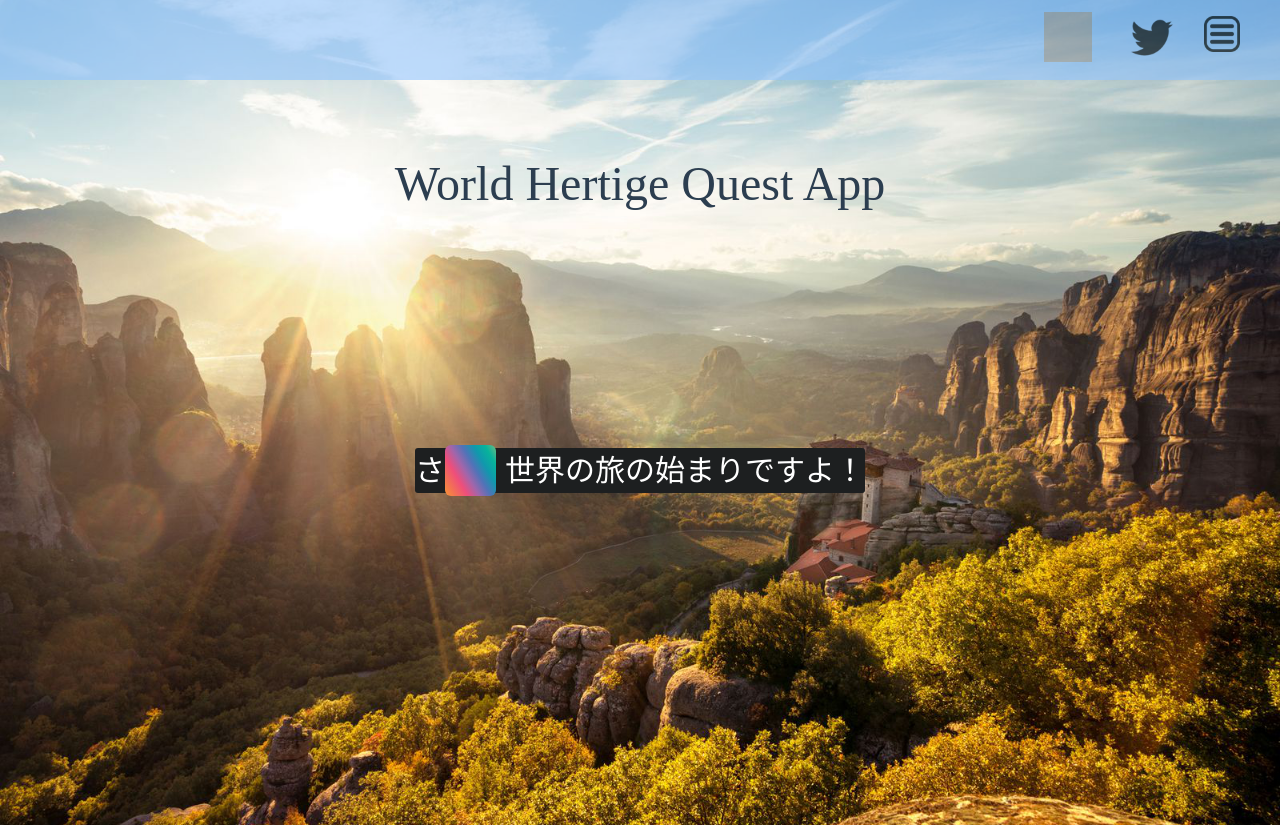
Repository: hashiz008/World-Heritage-Travel-App
Page: /
These files come from the project's save history. The page is drawn as it stood at one moment and after the next save; the edit follows.
The browser window is 1280 px wide. The pictures show the whole page.
Pictures or frames that could not be fetched are drawn as grey boxes. Some web fonts or font styles are not loaded; a fallback is used. The project was rebuilt for these pictures with package versions that can differ from the ones it lists, and the page was loaded fresh each time. Also part of the build but not shown: vue.config.js.

Above is the page before, as saved 2022-01-25 11:31:42.

### src/App.vue
<template>
    <div id="nav"></div>
    <router-view />
</template>

<style>
#app {
    font-family: Avenir, Helvetica, Arial, sans-serif;
    -webkit-font-smoothing: antialiased;
    -moz-osx-font-smoothing: grayscale;
    text-align: center;
    color: #2c3e50;
}

#nav {
    padding: 30px;
}

#nav a {
    font-weight: bold;
    color: #2c3e50;
}

#nav a.router-link-exact-active {
    color: #42b983;
}
</style>

### src/router/index.ts
import { createRouter, createWebHistory, RouteRecordRaw } from 'vue-router'
import TopPage from '../views/TopPage.vue'

const routes: Array<RouteRecordRaw> = [
  {
    path: '/',
    name: 'TopPage',
    component: TopPage
  },
  {
    path: '/mainPage',
    name: 'MainPage',
    // route level code-splitting
    // this generates a separate chunk (about.[hash].js) for this route
    // which is lazy-loaded when the route is visited.
    component: () => import(/* webpackChunkName: "about" */ '../views/MainPage.vue')
  }
]

const router = createRouter({
  history: createWebHistory(process.env.BASE_URL),
  routes
})

export default router

### src/views/TopPage.vue
<template>
    <div class="backImgDiv">
        <div class="backImg">
            <div class="menu bg-blue-300 opacity-60 pr-10 flex justify-end">
                <input id="nav-input" type="checkbox" class="input invisible" />
                <div
                    class="rounded-full hover:bg-blue-100 hover:opacity-80 w-14 h-14 mt-1 mr-7 pt-2 pl-2"
                >
                    <a href="https://github.com/hashiz008"
                        ><img
                            class="cursor-pointer githubIcon"
                            src="../img//githubIcon.png"
                            alt="githubIcon"
                    /></a>
                </div>
                <div
                    class="rounded-full hover:bg-blue-100 hover:opacity-80 w-14 h-14 mr-7 mt-1 pt-2 pl-2"
                >
                    <a href="https://twitter.com/hashiz008"
                        ><img
                            class="cursor-pointer twitterIcon"
                            src="../img//twitterIcon2.png"
                            alt="twitter"
                    /></a>
                </div>
                <label for="nav-input"
                    ><img
                        class="cursor-pointer mt-4 w-9 h-9"
                        src="../img/menuIcon.png"
                        alt="menuIcon"
                /></label>
                <div class="detail pt-10 text-white">
                    <h2 class="text-4xl">世界遺産探検アプリの紹介</h2>
                    <p class="pt-5 text-2xl">
                        このアプリは好きな数字を入力してshowボタンを押すと世界遺産の画像と名前、国名が表示されます。
                    </p>
                    <p class="pt-5 text-2xl">
                        また,それと連動してGoogleMapにピンポイントでその遺産がある場所にMarkerされます。そしてダウンロードボタンを押すと画像がダウンロードされます。
                    </p>
                    <ul class="pt-5">
                        <li class="text-2xl">ヨーロッパ編: 0~10</li>
                        <li class="text-2xl">アメリカ編: 11~20</li>
                        <li class="text-2xl">アジア編: 21~30</li>
                    </ul>
                    <p class="text-2xl pt-3">
                        いずれデータを追加する予定です。
                    </p>
                </div>
            </div>
            <div class="titleDiv flex justify-center pt-40">
                <h1 class="title text-5xl">World Hertige Quest App</h1>
            </div>
            <div class="startBtn startBtns flex justify-center">
                <!-- <router-link
                    class="shadow-2xl text-white hover:opacity-70 hover:border-blue-800 hover:bg-blue-600 rounded-full py-2 px-4 border-2 border-blue-500"
                    to="/mainPage"
                    >さあ、世界の旅の始まりですよ！</router-link
                > -->
                <router-link class="router shadow-2xl text-white" to="/mainPage"
                    >さあ、世界の旅の始まりですよ！</router-link
                >
            </div>
        </div>
    </div>
</template>

<script>
// @ is an alias to /src
export default {
    name: "Home",
};
</script>

<style scoped="lang">
@import url("https://fonts.googleapis.com/css2?family=M+PLUS+2:wght@700&family=Playfair+Display:wght@500&display=swap");
@import url("https://fonts.googleapis.com/css?family=Raleway:200");
.backImgDiv {
    margin-top: -60px;
}
.backImg {
    background-image: url("../assets/startPage.png");
    background-repeat: no-repeat;
    background-size: cover;
    background-position: center center;
    width: 100%;
    height: 825px;
}
.menu {
    position: fixed;
    width: 100%;
    height: 80px;
}
.detail {
    width: 100%;
    height: 100%;
    position: fixed;
    left: 0;
    margin-top: 80px;
    display: none;
    background-color: #112129;
    animation: detail 2s;
}
@keyframes detail {
    0% {
        transform-origin: bottom;
        transform: scaleY(0);
    }
}
#nav-input:hover ~ .detail {
    display: block;
}
#input:hover ~ .titleDiv {
    display: none;
}
.titleDiv {
    animation: title 2s;
}
@keyframes title {
    0% {
        transform: rotate(0deg);
    }
    100% {
        transform: rotate(360deg);
    }
}
.title {
    font-family: "Libre Baskerville", serif;
}
.githubIcon {
    width: 50px;
    height: 50px;
}
.twitterIcon {
    width: 50px;
    height: 50px;
}
.startBtn {
    font-size: 30px;
    margin-top: 15rem;
}
.router {
    --borderWidth: 3px;
    background: #1d1f20;
    position: absolute;
     border-radius: var(--borderWidth);
}
.router:after {
    content: "";
    position: absolute;
    top: calc(-1 * var(--borderWidth));
    left: calc(10 * var(--borderWidth));
    height: calc(100% + var(--borderWidth) * 2);
    width: calc(10% + var(--borderWidth) * 2);
    background: linear-gradient(
        60deg,
        #f79533,
        #f37055,
        #ef4e7b,
        #a166ab,
        #5073b8,
        #1098ad,
        #07b39b,
        #6fba82
    );
    border-radius: calc(2 * var(--borderWidth));
    z-index: 1;
    animation: animatedgradient 3s ease alternate infinite;
    /* background-size: 300% 300%; */
}

@keyframes animatedgradient {
    0% {
        background-position: 0% 50%;
    }
    50% {
        background-position: 100% 50%;
    }
    100% {
        background-position: 0% 50%;
    }
}
</style>

Loaded but not shown: src/main.ts (common file); src/index.css (common file); tailwind.config.js (common file)

After the next save:
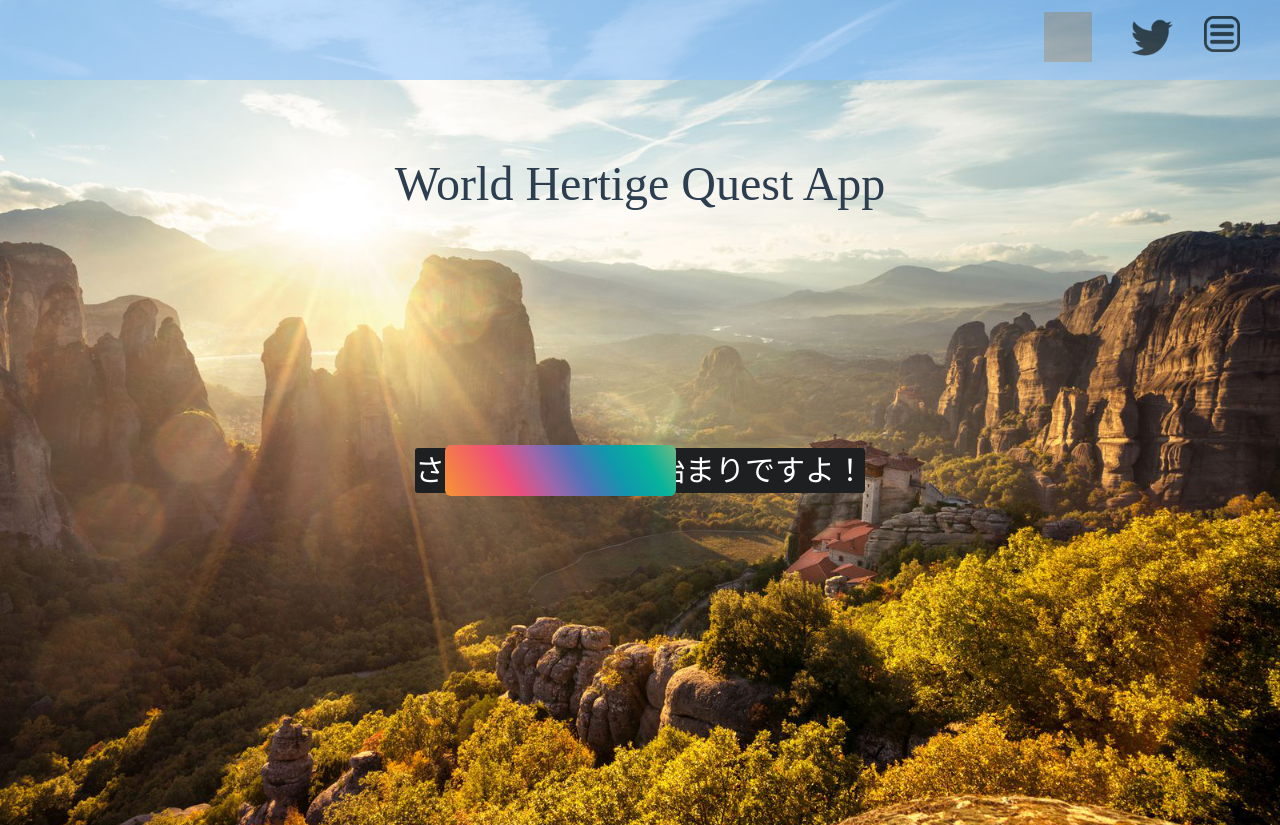
Saved 8 s later.
--- a/src/views/TopPage.vue
+++ b/src/views/TopPage.vue
@@ -150,7 +150,7 @@ export default {
     top: calc(-1 * var(--borderWidth));
     left: calc(10 * var(--borderWidth));
     height: calc(100% + var(--borderWidth) * 2);
-    width: calc(10% + var(--borderWidth) * 2);
+    width: calc(50% + var(--borderWidth) * 2);
     background: linear-gradient(
         60deg,
         #f79533,
